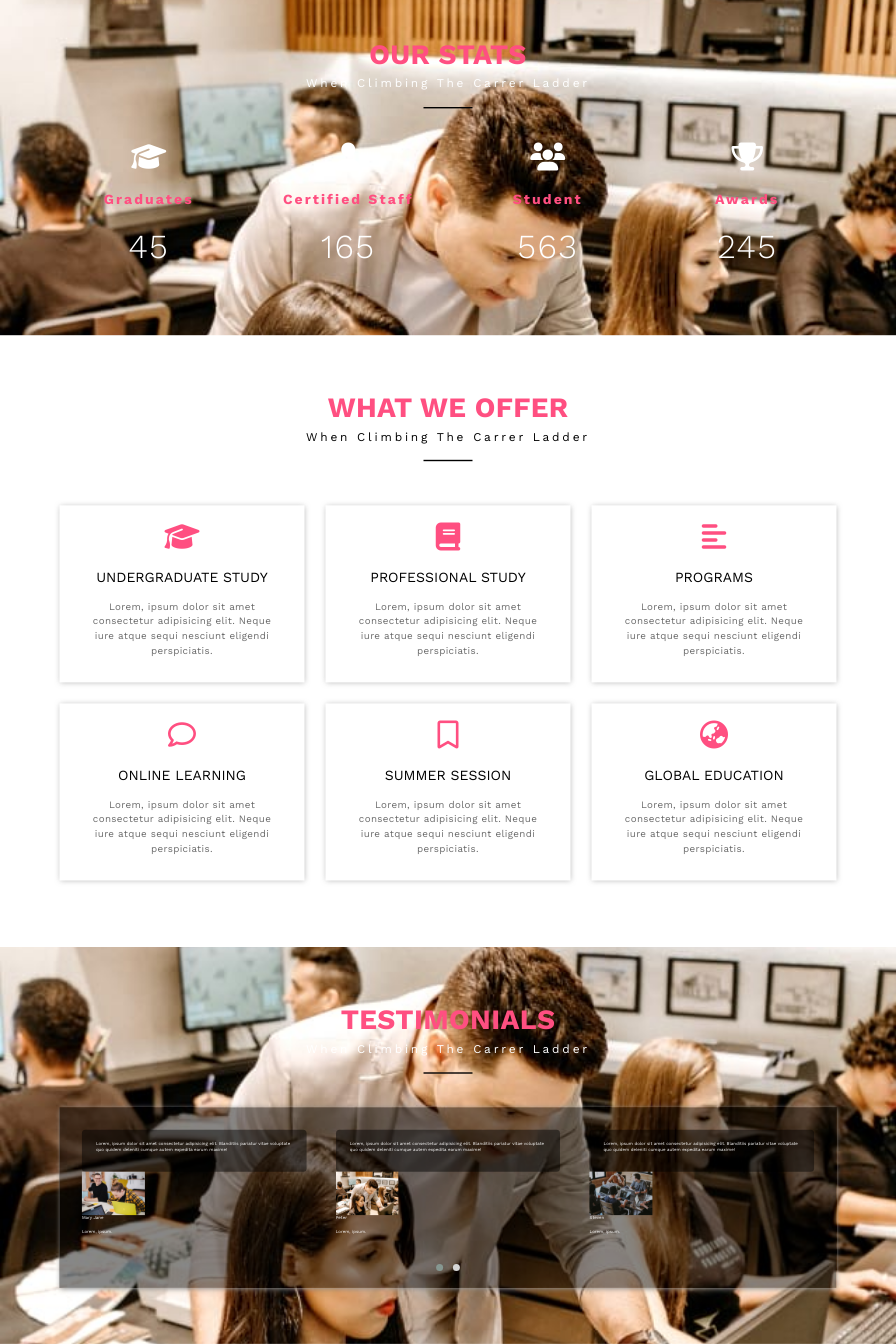
Repository: tudo1611/BC44_BOOTSTRAP_B7_INSTRUCTION_DO-TRUNG-TU
Page: index.html
An editor plug-in stored every save of this project. The page is shown before and after a run of saves, followed by the edit.
The browser window is 1280 px wide. The pictures show the part of the page from y = 1827 to 3747 px (the page is 3747 px tall before and 3709 px after), at 70% of full size.
Backgrounds fixed to the window are drawn as part of the page.

Above is the page before, as saved 2023-01-20 14:35:18.

### index.html
<!DOCTYPE html>
<html lang="en">
  <head>
    <meta charset="UTF-8" />
    <meta http-equiv="X-UA-Compatible" content="IE=edge" />
    <meta name="viewport" content="width=device-width, initial-scale=1.0" />
    <title>Instruction Cyber</title>
    <!-- bs4 css  -->
    <link
      rel="stylesheet"
      href="https://cdn.jsdelivr.net/npm/bootstrap@4.5.3/dist/css/bootstrap.min.css"
      integrity="sha384-TX8t27EcRE3e/ihU7zmQxVncDAy5uIKz4rEkgIXeMed4M0jlfIDPvg6uqKI2xXr2"
      crossorigin="anonymous"
    />
    <!-- font awesome -->
    <link
      rel="stylesheet"
      href="https://cdnjs.cloudflare.com/ajax/libs/font-awesome/6.2.1/css/all.min.css"
      integrity="sha512-MV7K8+y+gLIBoVD59lQIYicR65iaqukzvf/nwasF0nqhPay5w/9lJmVM2hMDcnK1OnMGCdVK+iQrJ7lzPJQd1w=="
      crossorigin="anonymous"
      referrerpolicy="no-referrer"
    />
    <!-- font gg  -->
    <link rel="preconnect" href="https://fonts.googleapis.com" />
    <link rel="preconnect" href="https://fonts.gstatic.com" crossorigin />
    <link
      href="https://fonts.googleapis.com/css2?family=Work+Sans:wght@300;400;700&display=swap"
      rel="stylesheet"
    />
    <!-- owl carousel  -->
    <link rel="stylesheet" href="./css/owl.carousel.min.css" />
    <link rel="stylesheet" href="./css/owl.theme.default.min.css" />
    <!-- main css -->
    <link rel="stylesheet" href="./css/index.css" />
  </head>
  <body>
    <!-- header  -->
    <header>
      <div
        class="header__top d-flex justify-content-between align-items-center py-2 container-fluid"
      >
        <div class="header__left">
          <a href="tel:0961051014" class="text-white mr-4"
            ><i class="fa-solid fa-phone"></i> 096.105.1014</a
          >
          <a href="mailto:info@cybersoft.edu.vn" class="text-white"
            ><i class="fa-regular fa-envelope"></i> info@cybersoft.edu.vn</a
          >
        </div>
        <div class="header__right">
          <a href="#"><i class="fab fa-facebook-f"></i></a>
          <a href="#"><i class="fab fa-twitter"></i></a>
          <a href=""><i class="fab fa-pinterest"></i></a>
          <a href=""><i class="fab fa-linkedin-in"></i></a>
        </div>
      </div>
      <nav class="navInstruction navbar navbar-expand-lg container">
        <a class="navbar-brand text-center" href="#">
          <p class="mb-0"><i class="fa fa-book"></i> INSTRUCTION</p>
          <p class="mb-0">EDUCATION</p>
        </a>
        <button
          class="navbar-toggler"
          type="button"
          data-toggle="collapse"
          data-target="#navbarInstruction"
          aria-controls="navbarNavDropdown"
          aria-expanded="false"
          aria-label="Toggle navigation"
        >
          <i class="fa fa-bars"></i>
        </button>
        <div class="collapse navbar-collapse" id="navbarInstruction">
          <ul class="navbar-nav ml-auto">
            <li class="nav-item active">
              <a class="nav-link" href="#"
                >HOME <span class="sr-only">(current)</span></a
              >
            </li>
            <li class="nav-item">
              <a class="nav-link" href="#">ABOUT</a>
            </li>
            <li class="nav-item">
              <a class="nav-link" href="#">SERVICES</a>
            </li>
            <li class="nav-item">
              <a class="nav-link" href="#">GALLERY</a>
            </li>
            <li class="nav-item dropdown">
              <a
                class="nav-link dropdown-toggle"
                href="#"
                id="navbarDropdownMenuLink"
                role="button"
                data-toggle="dropdown"
                aria-haspopup="true"
                aria-expanded="false"
              >
                PAGES
              </a>
              <div
                class="dropdown-menu"
                aria-labelledby="navbarDropdownMenuLink"
              >
                <a class="dropdown-item" href="#">Codes</a>
                <a class="dropdown-item" href="#">Icons</a>
              </div>
            </li>
            <li class="nav-item">
              <a class="nav-link" href="#">CONTACT</a>
            </li>
          </ul>
        </div>
      </nav>
    </header>
    <!-- carousel -->
    <section class="cyberCarousel">
      <div id="carouselCyber" class="carousel slide" data-ride="carousel">
        <ol class="carousel-indicators">
          <li
            data-target="#carouselCyber"
            data-slide-to="0"
            class="active"
          ></li>
          <li data-target="#carouselCyber" data-slide-to="1"></li>
          <li data-target="#carouselCyber" data-slide-to="2"></li>
        </ol>
        <div class="carousel-inner">
          <div class="carousel-item active">
            <img src="./img/g1.jpg" class="d-block w-100" alt="..." />
            <div class="container carousel-caption d-none d-md-block">
              <h1>Graphic Work Designing.</h1>
              <p>
                Any successful career statrs with good education. Together with
                us you will have deeper knownledge of the subjects
              </p>
              <button class="btn">
                Read More <i class="fa fa-angle-double-right"></i>
              </button>
            </div>
          </div>
          <div class="carousel-item">
            <img src="./img/g2.jpg" class="d-block w-100" alt="..." />
            <div class="container carousel-caption d-none d-md-block">
              <h1>Financial Analyst Course.</h1>
              <p>
                Any successful career statrs with good education. Together with
                us you will have deeper knownledge of the subjects
              </p>
              <button class="btn">
                Read More <i class="fa fa-angle-double-right"></i>
              </button>
            </div>
          </div>
          <div class="carousel-item">
            <img src="./img/g3.jpg" class="d-block w-100" alt="..." />
            <div class="container carousel-caption d-none d-md-block">
              <h1>Digital Marketing Course.</h1>
              <p>
                Any successful career statrs with good education. Together with
                us you will have deeper knownledge of the subjects
              </p>
              <button class="btn">
                Read More <i class="fa fa-angle-double-right"></i>
              </button>
            </div>
          </div>
        </div>
        <a
          class="carousel-control-prev"
          href="#carouselCyber"
          role="button"
          data-slide="prev"
        >
          <span class="carousel-control-prev-icon" aria-hidden="true"></span>
          <span class="sr-only">Previous</span>
        </a>
        <a
          class="carousel-control-next"
          href="#carouselCyber"
          role="button"
          data-slide="next"
        >
          <span class="carousel-control-next-icon" aria-hidden="true"></span>
          <span class="sr-only">Next</span>
        </a>
      </div>
    </section>
    <!-- welcome  -->
    <section class="welcome section">
      <div class="heading">
        <h2>WELCOME TO EDUCATION</h2>
        <p>When Climbing The Carrer Ladder</p>
      </div>
      <div class="welcome__content">
        <p>
          Lorem ipsum dolor sit amet consectetur adipisicing elit. Sed ut eaque
          voluptatem officiis dolorem? Dolore, quia. Id deleniti in tenetur!
        </p>
        <div class="welcome__courses container">
          <div class="row">
            <div class="welcome__col col-4 border border-dark">
              <div class="welcome__item">
                <i class="fa fa-desktop"></i>
                <h3>Design Course</h3>
                <h4>Fashion Design</h4>
                <p>Lorem ipsum dolor sit amet.</p>
                <h4>Interior Design</h4>
                <p>Lorem ipsum dolor sit amet.</p>
                <h4>Graphic Design</h4>
                <p>Lorem ipsum dolor sit amet.</p>
              </div>
            </div>
            <div class="welcome__col col-4 border border-dark">
              <div class="welcome__item">
                <i class="fa fa-arrows-alt"></i>
                <h3>Marketing Course</h3>
                <h4>Facebook Marketing</h4>
                <p>Lorem ipsum dolor sit amet.</p>
                <h4>Youtube Marketing</h4>
                <p>Lorem ipsum dolor sit amet.</p>
                <h4>Twitter Marketing</h4>
                <p>Lorem ipsum dolor sit amet.</p>
              </div>
            </div>
            <div class="welcome__col col-4 border border-dark">
              <div class="welcome__item">
                <i class="fa fa-chart-bar"></i>
                <h3>Financial Course</h3>
                <h4>Complexities Of Banking</h4>
                <p>Lorem ipsum dolor sit amet.</p>
                <h4>Compliance Regulation</h4>
                <p>Lorem ipsum dolor sit amet.</p>
                <h4>Finance Products</h4>
                <p>Lorem ipsum dolor sit amet.</p>
              </div>
            </div>
          </div>
        </div>
      </div>
    </section>
    <!-- our stats  -->
    <section class="ourStats section">
      <div class="heading heading--white">
        <h2>OUR STATS</h2>
        <p>When Climbing The Carrer Ladder</p>
      </div>
      <div class="outStats__content container">
        <div class="row">
          <div class="col-3">
            <div class="ourStats__item">
              <i class="fa fa-graduation-cap"></i>
              <h3>Graduates</h3>
              <p>45</p>
            </div>
          </div>
          <div class="col-3">
            <div class="ourStats__item">
              <i class="fa fa-user"></i>
              <h3>Certified Staff</h3>
              <p>165</p>
            </div>
          </div>
          <div class="col-3">
            <div class="ourStats__item">
              <i class="fa fa-users"></i>
              <h3>Student</h3>
              <p>563</p>
            </div>
          </div>
          <div class="col-3">
            <div class="ourStats__item">
              <i class="fa fa-trophy"></i>
              <h3>Awards</h3>
              <p>245</p>
            </div>
          </div>
        </div>
      </div>
    </section>
    <!-- offer -->
    <section class="offer section">
      <div class="heading">
        <h2>WHAT WE OFFER</h2>
        <p>When Climbing The Carrer Ladder</p>
      </div>
      <div class="offer__content container">
        <div class="row">
          <div class="col-4 offer__col">
            <div class="offer__item">
              <i class="fa fa-graduation-cap"></i>
              <h3>UNDERGRADUATE STUDY</h3>
              <p>
                Lorem, ipsum dolor sit amet consectetur adipisicing elit. Neque
                iure atque sequi nesciunt eligendi perspiciatis.
              </p>
            </div>
          </div>
          <div class="col-4 offer__col">
            <div class="offer__item">
              <i class="fa fa-book"></i>
              <h3>PROFESSIONAL STUDY</h3>
              <p>
                Lorem, ipsum dolor sit amet consectetur adipisicing elit. Neque
                iure atque sequi nesciunt eligendi perspiciatis.
              </p>
            </div>
          </div>
          <div class="col-4 offer__col">
            <div class="offer__item">
              <i class="fa fa-align-left"></i>
              <h3>PROGRAMS</h3>
              <p>
                Lorem, ipsum dolor sit amet consectetur adipisicing elit. Neque
                iure atque sequi nesciunt eligendi perspiciatis.
              </p>
            </div>
          </div>
          <div class="col-4 offer__col">
            <div class="offer__item">
              <i class="fa-regular fa-comment"></i>
              <h3>ONLINE LEARNING</h3>
              <p>
                Lorem, ipsum dolor sit amet consectetur adipisicing elit. Neque
                iure atque sequi nesciunt eligendi perspiciatis.
              </p>
            </div>
          </div>
          <div class="col-4 offer__col">
            <div class="offer__item">
              <i class="fa-regular fa-bookmark"></i>
              <h3>SUMMER SESSION</h3>
              <p>
                Lorem, ipsum dolor sit amet consectetur adipisicing elit. Neque
                iure atque sequi nesciunt eligendi perspiciatis.
              </p>
            </div>
          </div>
          <div class="col-4 offer__col">
            <div class="offer__item">
              <i class="fa fa-globe-asia"></i>
              <h3>GLOBAL EDUCATION</h3>
              <p>
                Lorem, ipsum dolor sit amet consectetur adipisicing elit. Neque
                iure atque sequi nesciunt eligendi perspiciatis.
              </p>
            </div>
          </div>
        </div>
      </div>
    </section>
    <!-- feedback -->
    <section class="feedback section">
      <div class="heading heading--white">
        <h2>TESTIMONIALS</h2>
        <p>When Climbing The Carrer Ladder</p>
      </div>
      <div class="container">
        <div class="feedback__content">
          <div class="owl-carousel owl-theme">
            <div class="item">
              <div class="feedback__top">
                <p>Lorem, ipsum dolor sit amet consectetur adipisicing elit. Blanditiis pariatur vitae voluptate quo quidem deleniti cumque autem expedita earum maxime!</p>
              </div>
              <div class="feedback__bottom">
                <img src="./img/g1.jpg" alt="">
                <div class="feedback__name">
                  <p>Mary Jane</p>
                  <p>Lorem, ipsum.</p>
                </div>
              </div>
            </div>
            <div class="item">
              <div class="feedback__top">
                <p>Lorem, ipsum dolor sit amet consectetur adipisicing elit. Blanditiis pariatur vitae voluptate quo quidem deleniti cumque autem expedita earum maxime!</p>
              </div>
              <div class="feedback__bottom">
                <img src="./img/g2.jpg" alt="">
                <div class="feedback__name">
                  <p>Peter</p>
                  <p>Lorem, ipsum.</p>
                </div>
              </div>
            </div>
            <div class="item">
              <div class="feedback__top">
                <p>Lorem, ipsum dolor sit amet consectetur adipisicing elit. Blanditiis pariatur vitae voluptate quo quidem deleniti cumque autem expedita earum maxime!</p>
              </div>
              <div class="feedback__bottom">
                <img src="./img/g3.jpg" alt="">
                <div class="feedback__name">
                  <p>Steven</p>
                  <p>Lorem, ipsum.</p>
                </div>
              </div>
            </div>
            <div class="item">
              <div class="feedback__top">
                <p>Lorem, ipsum dolor sit amet consectetur adipisicing elit. Blanditiis pariatur vitae voluptate quo quidem deleniti cumque autem expedita earum maxime!</p>
              </div>
              <div class="feedback__bottom">
                <img src="./img/g1.jpg" alt="">
                <div class="feedback__name">
                  <p>Wilson</p>
                  <p>Lorem, ipsum.</p>
                </div>
              </div>
            </div>
            <div class="item">
              <div class="feedback__top">
                <p>Lorem, ipsum dolor sit amet consectetur adipisicing elit. Blanditiis pariatur vitae voluptate quo quidem deleniti cumque autem expedita earum maxime!</p>
              </div>
              <div class="feedback__bottom">
                <img src="./img/g2.jpg" alt="">
                <div class="feedback__name">
                  <p>Guptill</p>
                  <p>Lorem, ipsum.</p>
                </div>
              </div>
            </div>

          </div>
        </div>
      </div>
    </section>
    <!-- new -->
    <section class="news"></section>
    <!-- footer  -->
    <footer></footer>

    <!-- thu vien ho tro -->
    <script
      src="https://cdnjs.cloudflare.com/ajax/libs/jquery/3.6.3/jquery.min.js"
      integrity="sha512-STof4xm1wgkfm7heWqFJVn58Hm3EtS31XFaagaa8VMReCXAkQnJZ+jEy8PCC/iT18dFy95WcExNHFTqLyp72eQ=="
      crossorigin="anonymous"
      referrerpolicy="no-referrer"
    ></script>
    <!-- owl js  -->
    <script src="./js/owl.carousel.min.js"></script>
    <script>
      $('.owl-carousel').owlCarousel({
    loop:true,
    margin:10,
    responsive:{
        0:{
            items:1
        },
        600:{
            items:3
        },
        1000:{
            items:3
        }
    }
})
    </script>
    <!-- bs4 js  -->
    <script
      src="https://cdn.jsdelivr.net/npm/bootstrap@4.5.3/dist/js/bootstrap.bundle.min.js"
      integrity="sha384-ho+j7jyWK8fNQe+A12Hb8AhRq26LrZ/JpcUGGOn+Y7RsweNrtN/tE3MoK7ZeZDyx"
      crossorigin="anonymous"
    ></script>
  </body>
</html>

### css/index.css
/* global */
*{
    margin: 0;
    padding: 0;
    box-sizing: border-box;
}

html, body{
    font-family: 'Work Sans', sans-serif;
    font-size: 62.5%;
}
.heading{
    text-align: center;
    margin-bottom: 4.8rem;
}

.heading h2{
    font-size: 4rem;
    color: #ff4f81;
    font-weight: bold;
    letter-spacing: .5px;
}
.heading p{
    font-size: 1.7rem;
    text-transform: capitalize;
    letter-spacing: 0.4rem;
    color: #000;
}
.heading p::after{
    content: "";
    width: 7rem;
    height: 0.2rem;
    background-color: #000;
    display: block;
    margin: 2rem auto;
}
.section{
    padding: 8rem 0;
}
.heading--white p{
    color: #fff;
}

/* header  */
.header__top {
    background-color: #ff4f81;
    font-size: 1.4rem;
}
.header__top a{
    text-decoration: none;
    color: #fff;
    transition: all .5s;
}
.header__left a:hover{
    color: #000 !important;
}
.header__right a{
    display: inline-block;
    text-align: center;
    width: 3rem;
    height: 3rem;
    line-height: 3rem;
    background-color: #000;
    border: 1px solid #000;
    margin-left: 0.25rem;
}
.header__right a:hover{
    background-color: #ff4f81;
    border-color: #fff;
}
.navInstruction a{
    color: #000;
    font-weight: bold;
}
.navInstruction .navbar-brand p:first-child{
    font-size: 3.6rem;

}
.navInstruction .navbar-brand p:first-child i{
    transform: skewX(-10deg);
}
.navInstruction .navbar-brand p:last-child{
    font-size: 1.1rem;
    color: #ff4f81;
    letter-spacing: 0.3rem;
}
#navbarInstruction .nav-link{
    font-size: 1.4rem;font-weight: bold;
    letter-spacing: 1px;
    transition: all .5s;
}
#navbarInstruction .nav-item:hover .nav-link{
    color: #ff4f81;
}
#navbarInstruction .nav-item{
    margin: 0 1.5rem;
}
#navbarInstruction .nav-item:after{
    content: "";
    display: inline-block;
    width: 0%;
    height: 0.2rem;
    background-color: #ff4f81;
    transition: all .5s;
}
#navbarInstruction .nav-item:hover::after{
    width: 100%;
}
#navbarInstruction .nav-item.active .nav-link{
    color: #ff4f81;
}
#navbarInstruction .nav-item.active::after{
    width: 100%;
}
#navbarInstruction .dropdown-menu{
    background-color: rgba(0, 0, 0, 0.6);
    border: 1px solid rgba(0, 0, 0, 0.6);
}
#navbarInstruction .dropdown-item{
    color: #fff;
    transition: all .5s;
}
#navbarInstruction .dropdown-item:focus, #navbarInstruction .dropdown-item:hover {
    background-color: transparent;
    color:#ff4f81;
}

/* carousel  */


#carouselCyber .carousel-caption{
    top: 60%;
    left: 50%;
    transform: translate(-50% , -50%);
}
#carouselCyber .carousel-caption h1{
    font-size: 5.2rem;
}
#carouselCyber .carousel-caption p{
    font-size: 1.6rem;
    font-weight: 300;
    letter-spacing: 0.4rem;
    line-height: 1.8rem;
    width: 70%;
    margin: auto;
    margin-bottom: 2.5rem;
}
#carouselCyber .carousel-caption .btn{
    padding: 1.1rem 2rem;
    color: #fff;
    border: 1px solid #fff;
    border-radius: 0;
    letter-spacing: 0.2rem;
    font-size: 1.4rem;
    transition: all .5s;
}
#carouselCyber .carousel-caption .btn:hover{
    background-color: #ff4f81;
    border-color: #ff4f81;
}
/* welcome  */
.welcome__content>p{
    width: 80%;
    margin: auto;
    text-align: center;
    font-size: 1.5rem;
    line-height: 1.8em;
    color: #999;
    letter-spacing: 1px;
    padding: 1rem 0 5rem;
}
.welcome__item i{
    font-size: 3.2rem;
}
.welcome__item h3{
    color: #ff4f81;
    font-weight: bold;
    font-size: 3rem;
    margin: 1.6rem 0;
}
.welcome__item h4{
    color: #000;
    font-size: 1.6rem;
    font-weight: bold;
    margin: 1.6rem 0 0.32rem;
    text-transform: uppercase;
}
.welcome__item p{
    color: #999;
    font-size: 1.6rem;
    line-height: 1.8em;
    margin: 1rem 0 0;
    letter-spacing: 1px;
}
.welcome__col{
    padding: 3.2rem;
}
/* ourstats  */
.ourStats{
    background-image: url(../img/g2.jpg);
    background-size: cover;
    background-attachment: fixed;
}
.outStats__content{
    text-align: center;
    color: #fff;
}
.outStats__content i{
    font-size: 4rem;
}
.outStats__content h3{
    font-size: 2rem;
    letter-spacing: 3px;
    font-weight: bold;
    margin: 3rem 0 2rem;
    color: #ff4f81;
}
.outStats__content p{
    font-size: 4.8rem;
    letter-spacing: 2px;
    font-weight: 300;
}
/* offer  */
.offer__col{
    padding: 1.5rem;
}
.offer__item{
    padding: 2.5rem 4rem;
    text-align: center;
    background-color: #fff;
    box-shadow: 0px 1px 8px 0px rgba(158, 158, 158, 0.75);
    transition: all .5s;
}
.offer__item:hover{
    background-color: #12ccc3;
}
.offer__item i{
    color: #ff4f81;
    font-size: 4rem;
}
.offer__item h3{
    font-size: 2rem;
    margin: 2.5rem 0 2rem;
    color: #000;
}
.offer__item p{
    font-size: 1.4rem;
    letter-spacing: .5px;
    color: #6b6b6b;
}
/* carousel  */
.feedback{
    background-image: url(../img/g2.jpg);
    background-size: cover;
    background-attachment: fixed;
    background-position: center;
}
.feedback__content{
    background-color: rgba(0, 0, 0, 0.47);
    box-shadow: 0px 1px 7px #8e8e8e;
    padding: 1.6rem;
}
.feedback__content .item{
    color: #fff;
    padding: 1.6rem;
}
.feedback__top{
    padding: 1.6rem 2rem;
    border-radius: 5px;
    background-color:  rgba(0, 0, 0, 0.47);
}
.feedback__content .feedback__bottom img{
    width: 28%;
    display: inline-block;
}

Loaded but not shown: css/owl.carousel.min.css (library); css/owl.theme.default.min.css (common file); js/owl.carousel.min.js (library)

After the next 3 saves:
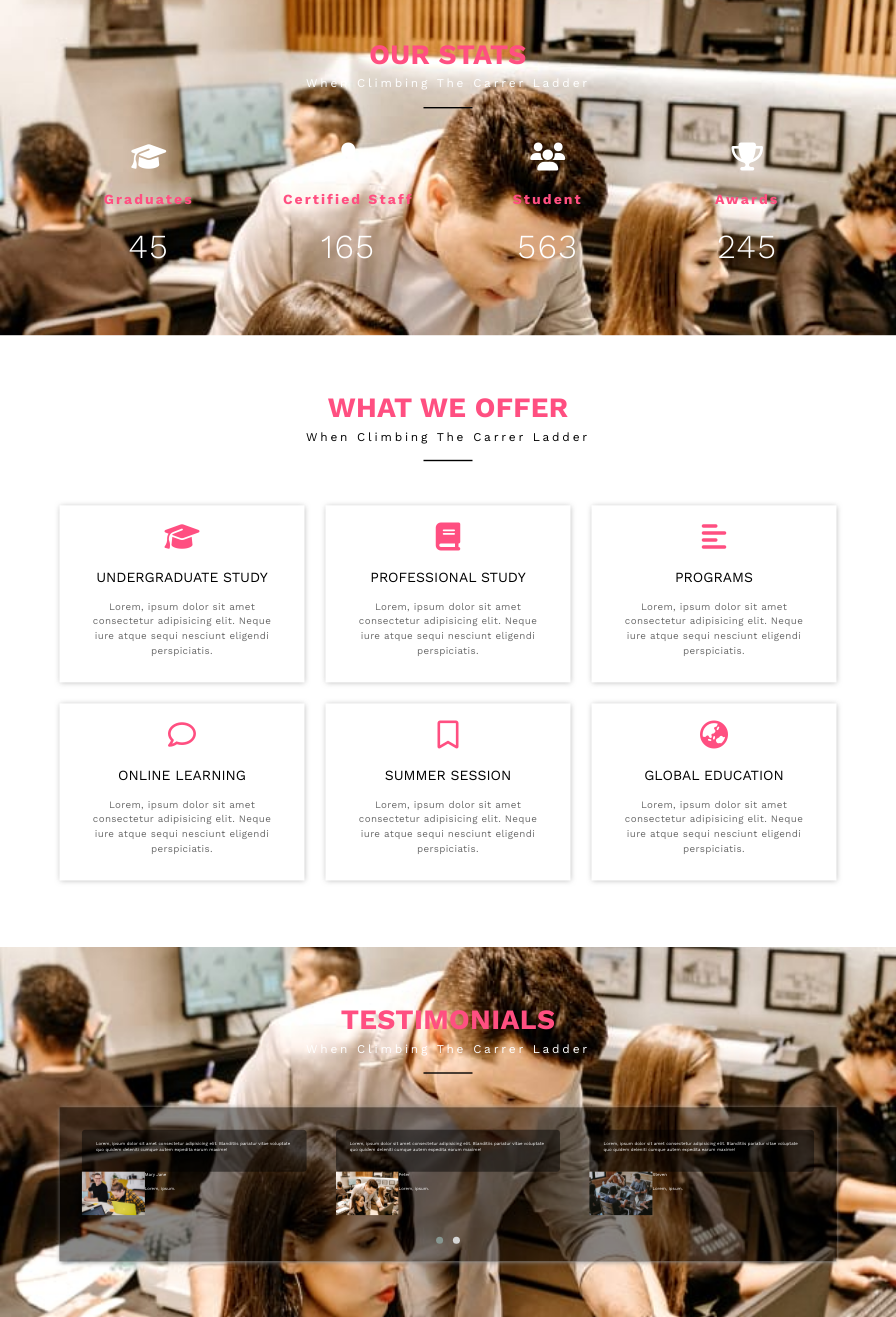
The 3 saves are shown as one change because they came seconds apart.
The last was saved 54 s later.
--- a/css/index.css
+++ b/css/index.css
@@ -273,3 +273,6 @@ html, body{
     width: 28%;
     display: inline-block;
 }
+.feedback__bottom{
+    display: flex;
+}
